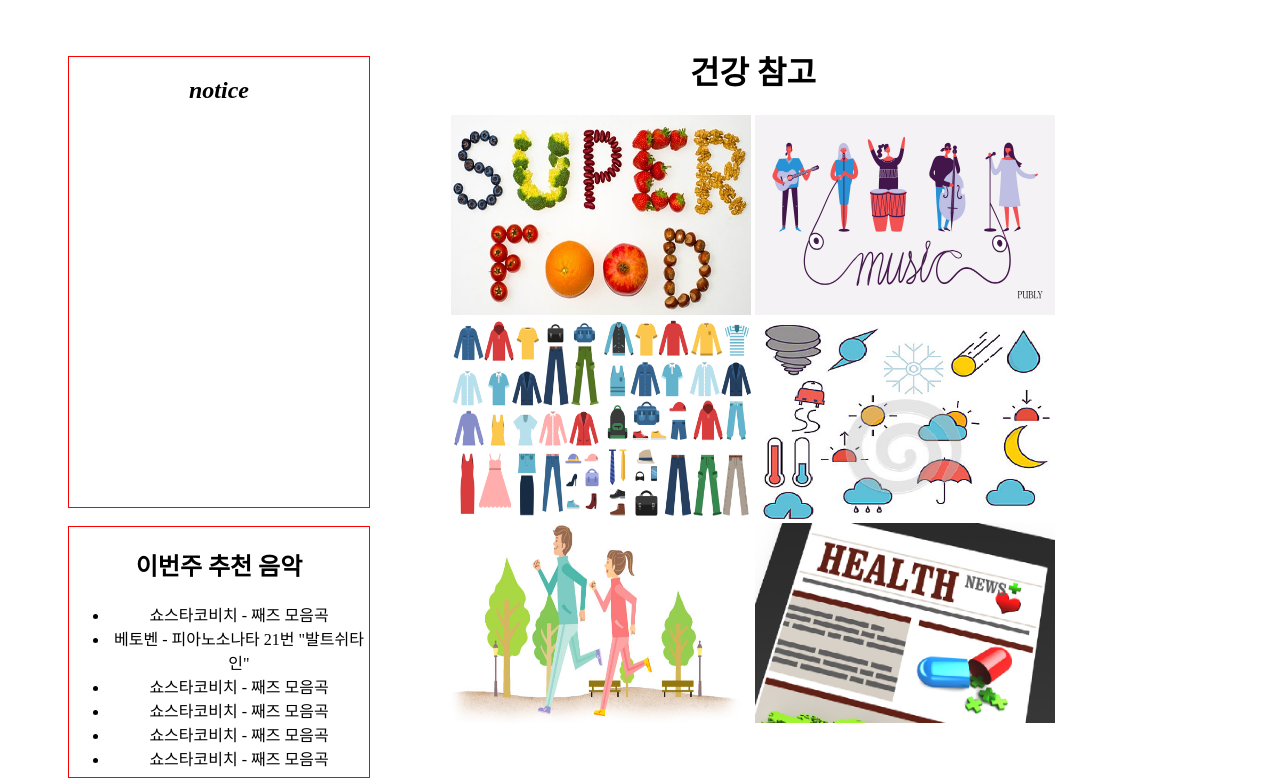
Repository: seeunOh/Webproject2018_StrongHealth
Page: http://localhost/StrongHealth/Main.jsp
The author's editor kept a copy of each file at every save. The page is drawn from the files as they stood at one save, then again after the next save.
The browser window is 1280 px wide. The pictures show the whole page.
The page is served by Tomcat 9. Queries for data that is not in the repository find no rows.

Above is the page before, as saved 2018-12-16 07:28:29.

After the next save:
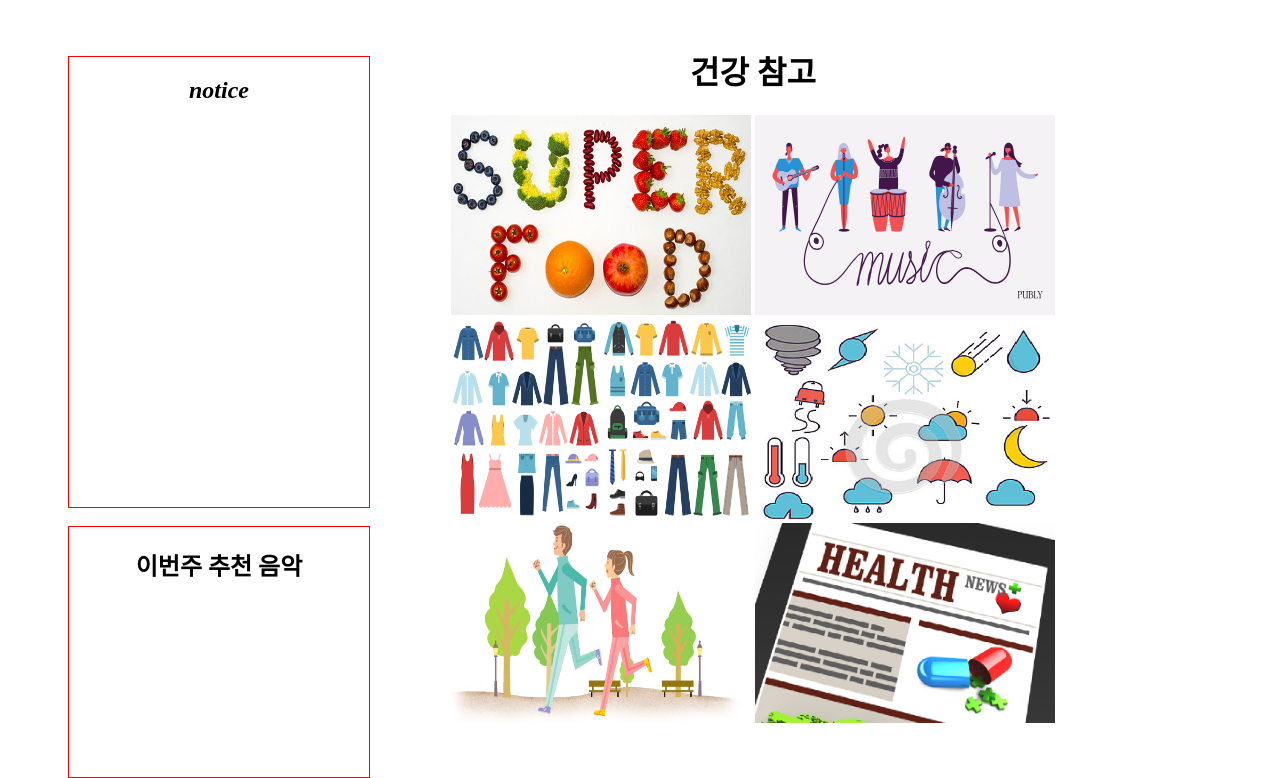
Saved 20 s later.
--- a/StrongHealth/WebContent/Main.jsp
+++ b/StrongHealth/WebContent/Main.jsp
@@ -127,12 +127,6 @@ float:right;
 	}
 
 %>
-<li>쇼스타코비치 - 째즈 모음곡</li>
-<li>베토벤 - 피아노소나타 21번 "발트쉬타인"</li>
-<li>쇼스타코비치 - 째즈 모음곡</li>
-<li>쇼스타코비치 - 째즈 모음곡</li>
-<li>쇼스타코비치 - 째즈 모음곡</li>
-<li>쇼스타코비치 - 째즈 모음곡</li>
 
 </ul>
 </div>
